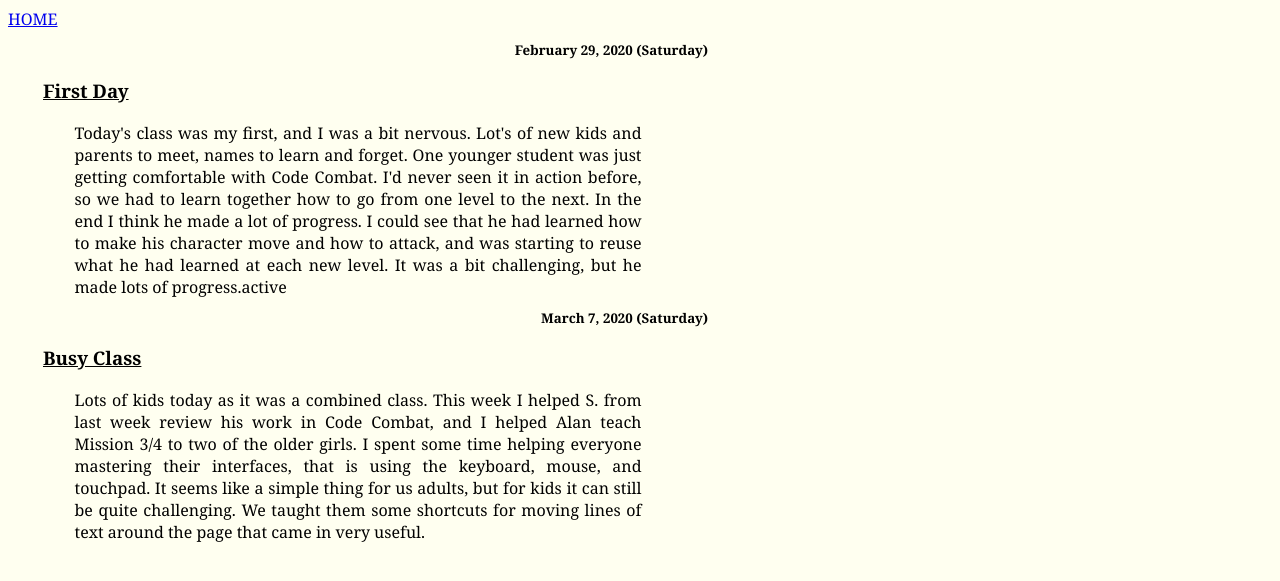
Repository: chocochocosensei/Mission-Exercises
Page: Page1/index.html
These files come from the project's save history. The page is drawn as it stood at one moment and after the next save; the edit follows.
The browser window is 1280 px wide. The pictures show the whole page.

Above is the page before, as saved 2020-03-11 04:00:41.

### Page1/index.html
<!doctype html>
<html>

<head>
    <meta charset="utf-8">
    <link rel="stylesheet" href="../style.css">
    <title>Mission Exercises March</title>
</head>

<body>
    <section>
        <div class="nav-bar"><a href="../index.html">HOME</a></div>
    </section>

    <section>
        <div class="section-title">
            <h2 id="entry-date-for-2020-02-29">February 29, 2020 (Saturday)</h2>
        </div>
        <div class="section-activity">
            <div class="card">
                <div class="title">
                    <h3 id="entry-title-for-2020-02-29">First Day</h3>
                </div>
                <div class="content">
                    <p>Today's class was my first, and I was a bit nervous. Lot's of new kids and parents to meet, names to learn and forget. One younger student was just getting comfortable with Code Combat. I'd never seen it in action before, so we had
                        to learn together how to go from one level to the next. In the end I think he made a lot of progress. I could see that he had learned how to make his character move and how to attack, and was starting to reuse what he had learned
                        at each new level. It was a bit challenging, but he made lots of progress.active</p>
                </div>
            </div>

            <div class="card class-hours hidden">
                <div class="title">
                    <h3 id="hours-for-2020-02-29">Hours for February 29, 2020</h3>
                </div>
                <div class="content">
                    <p>Class: 10:30-12:30</p>
                    <p>Hours: 2</p>
                </div>

            </div>
        </div>
    </section>

    <section>
        <div class="section-title">
            <h2 id="entry-date-for-2020-03-07">March 7, 2020 (Saturday)</h2>
        </div>
        <div class="section-activity">
            <div class="card">
                <div class="title">
                    <h3 id="entry-title-for-2020-03-07">Busy Class</h3>
                </div>
                <div class="content">
                    <p>Lots of kids today as it was a combined class. This week I helped S. from last week review his work in Code Combat, and I helped Alan teach Mission 3/4 to two of the older girls. I spent some time helping everyone mastering their interfaces,
                        that is using the keyboard, mouse, and touchpad. It seems like a simple thing for us adults, but for kids it can still be quite challenging. We taught them some shortcuts for moving lines of text around the page that came in very
                        useful.
                    </p>
                </div>
            </div>

            <div class="card class-hours hidden">
                <div class="title">
                    <h3 id="hours-for-2020-02-29">Hours for March 7, 2020</h3>
                </div>
                <div class="content">
                    <p>Class: 10:30-12:30</p>
                    <p>Hours: 2</p>
                </div>

            </div>
        </div>
    </section>
</body>

### style.css
body {
    background-color: ivory;
    font-family: Cambria, Cochin, Georgia, Times, 'Times New Roman', serif;
    max-width: 700px;
}

*.hidden {
    display: none;
}

.section-title h2 {
    font-size: smaller;
    text-align: right;
}

.section-activity {
    margin: 0 5%;
}

.section-activity .content p {
    margin: 0 5%;
    text-align: justify;
}

.title {
    font-weight: bold;
    text-decoration: underline;
}

After the next save:
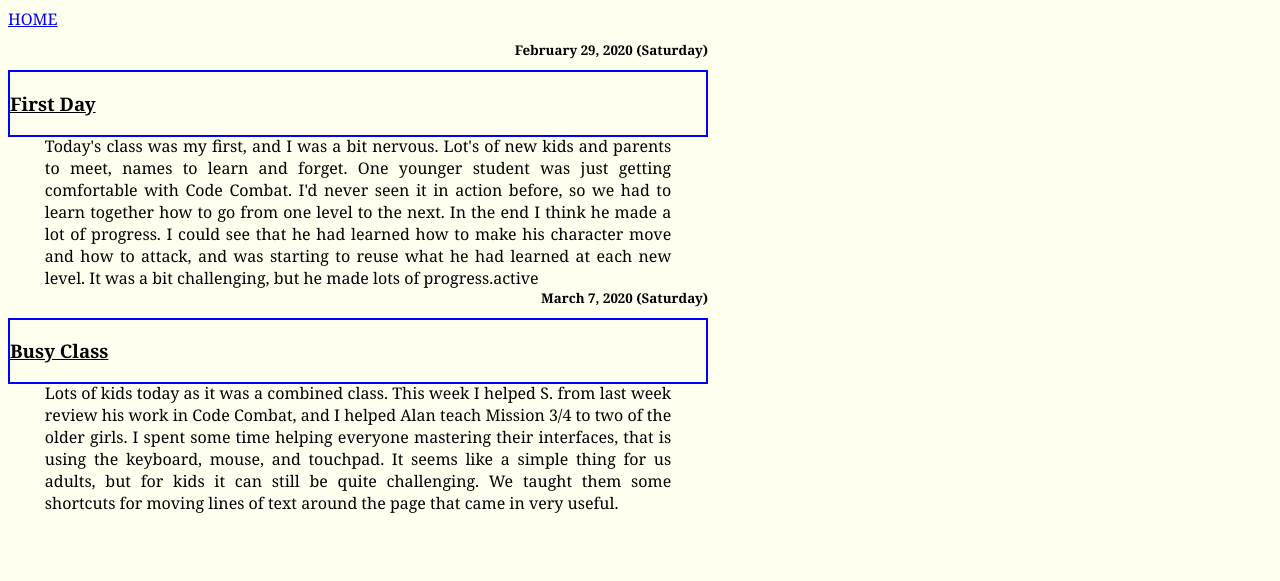
Saved 107 s later.
--- a/style.css
+++ b/style.css
@@ -14,12 +14,13 @@ body {
 }
 
 .section-activity {
-    margin: 0 5%;
+    border: 2pt solid blue;
 }
 
 .section-activity .content p {
     margin: 0 5%;
     text-align: justify;
+    float: left;
 }
 
 .title {
